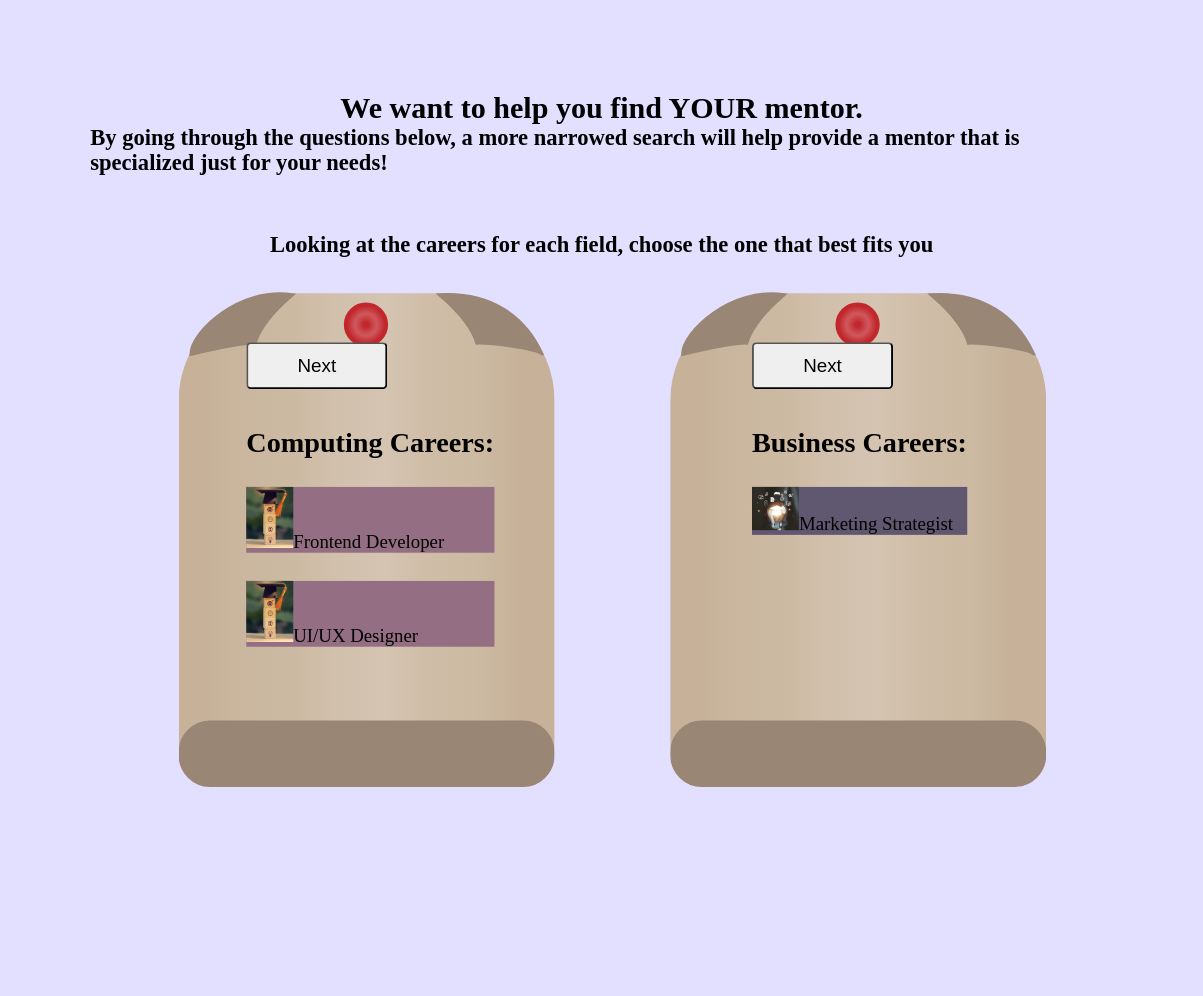
Repository: anikagrewal/week3example
Page: /about
An editor plug-in stored every save of this project. The page is shown before and after the next save, followed by the edit.
The browser window is 1280 px wide. The pictures show the whole page, at 94% of full size.
The project was rebuilt for these pictures with package versions that can differ from the ones it lists, and the page was loaded fresh each time. The framework's server and built-in components were replaced by stand-ins that run in the browser. Also part of the build but not shown: next.config.js.

Above is the page before, as saved 2023-01-23 14:50:30.

After the next save:
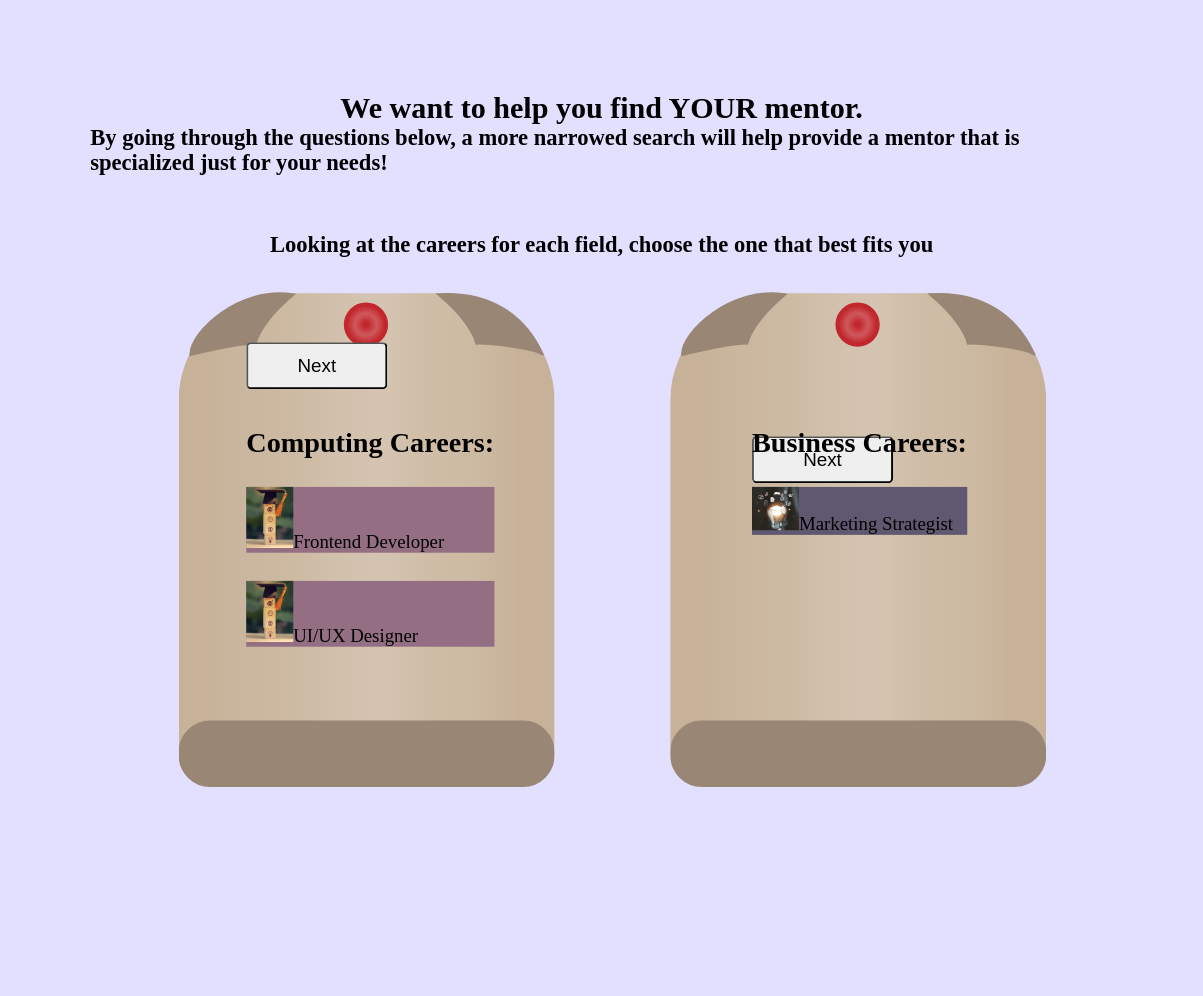
Saved 11 s later.
--- a/styles/About.module.css
+++ b/styles/About.module.css
@@ -124,7 +124,7 @@
     height: 50px;
     border-radius: 5px;
     font-size: 20px;
-    margin-top: -600px;
+    margin-top: -500px;
     margin-left: 610px;
     z-index: 2;
   }
